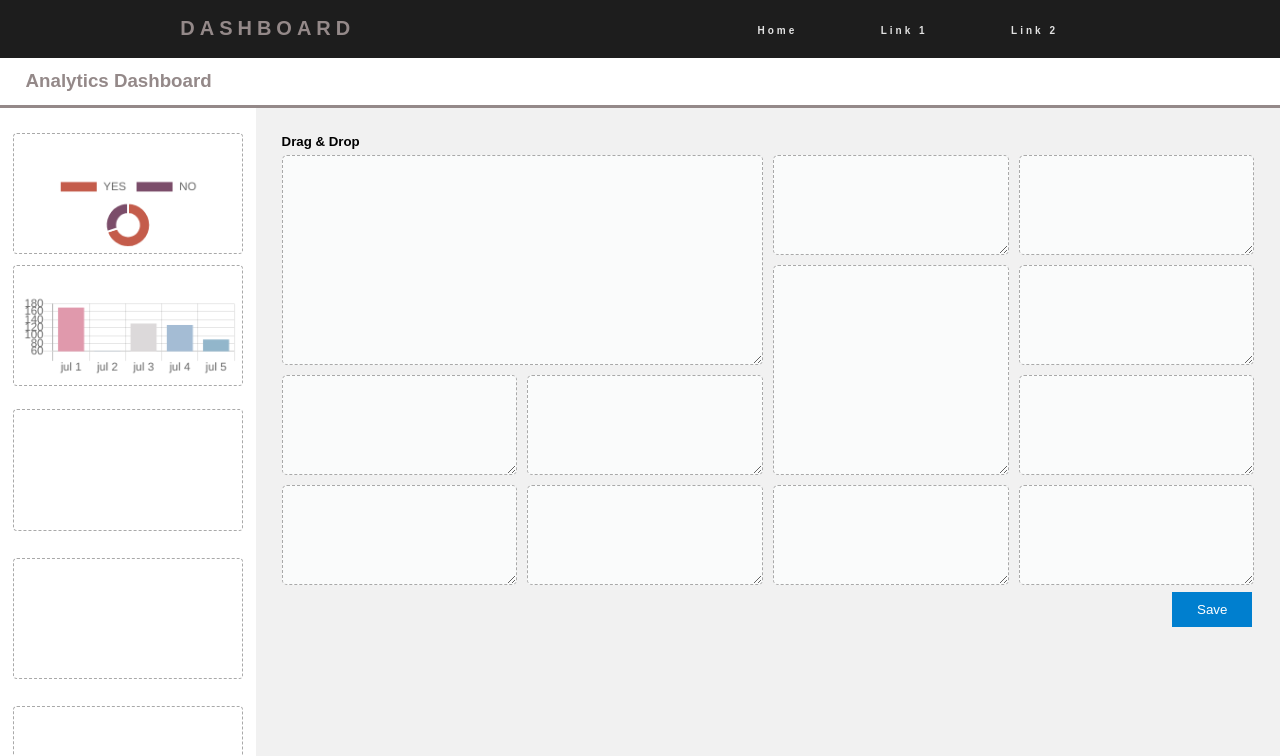
Repository: nourabdelhakam/drag-drop
Page: index.html
These files come from the project's save history. The page is drawn as it stood at one moment and after the next save; the edit follows.
The browser window is 1280 px wide. The pictures show the whole page.
Some web libraries are served in a nearby version.

Above is the page before, as saved 2020-07-05 15:46:23.
Console error: TypeError: Cannot read properties of undefined (reading 'getContext')

### index.html
<!DOCTYPE html>
<html lang="en">
<head>
    <meta charset="UTF-8">
    <meta name="viewport" content="width=device-width, initial-scale=1.0">
    <meta http-equiv="X-UA-Compatible" content="ie=edge">
    <title>Drag & Drop</title>

    <script src="https://cdn.jsdelivr.net/npm/chart.js@2.8.0"></script>

    <link rel="stylesheet" href="nav/nav.css">
    <link rel="stylesheet" href="css/main.css">
</head>
<body>

    <!-- <nav> -->
        <nav>
            <div class="logo">
                <h4>Dashboard</h4>
            </div>
            <ul class="nav-links">
                <li><a href="">Home</a></li>
                <li><a href="">Link 1</a></li>
                <li><a href="">Link 2</a></li>
            </ul>
            <div class="burger">
                <div class="line1"></div>
                <div class="line2"></div>
                <div class="line3"></div>
            </div>
        </nav>
      <!-- </nav> end of nav -->

      <section>
          <h3>Analytics Dashboard</h3>
          <div class="container">
            <div class="left">
                <div class="list">
                    <canvas  draggable="true"  class="list-item myChart" id="myChart"></canvas>
                    <canvas  draggable="true"  class="list-item" id="myChart2"></canvas>
                    <canvas  draggable="true"  class="list-item" id="myChart3" ></canvas>
                    <canvas  draggable="true"  class="list-item" id="myChart4"></canvas>
                    <canvas  draggable="true"  class="list-item" id="myChart5"></canvas>
                </div>
              </div>
              <div class="right">
                  <h5>Drag & Drop</h5>
                  <div class="wrapper" id="wrapper">
                    <div class="list">
                    </div>
                    <div class="list"></div>
                    <div class="list"></div>
                    <div class="list"></div>
                    <div class="list"></div>
                    <div class="list"></div>
                    <div class="list"></div>
                    <div class="list"></div>
                    <div class="list"></div>
                    <div class="list"></div>
                    <div class="list"></div>
                    <div class="list"></div>
                  </div>
                  <button class="btn" id="saveBtn">Save</button>
                  <button class="btn"  id="tempBtn"  style="display: none;">Template</button>
              </div>
              <div id="preview" class="wrapper">

              </div>
          </div>
      </section>

    <script src="main.js" type="text/javascript"></script>
    <script src="chart.js" type="text/javascript"></script>
    <script src="nav/nav.js" type="text/javascript"></script>
</body>
</html>

### nav/nav.css
nav {
    display: flex;
    justify-content: space-around;
    align-items: center;
    min-height: 8vh;
    background-color: #1D1D1D;
    font-family: "Poppins", sans-serif;
}
.logo {
    color: rgb(226, 226, 226);
    text-transform: uppercase;
    letter-spacing: 5px;
    font-size: 20px;
}
.nav-links {
    display: flex;
    justify-content: space-around;
    width: 30%;
}
.nav-links li {
    list-style: none;
}
.nav-links a {
    color: rgb(226, 226, 226);
    text-decoration: none;
    letter-spacing: 3px;
    font-weight: bold;
    font-size: 10px;
}
.burger {
    display: none;
    cursor: pointer;
}
.burger div {
    width: 25px;
    height: 3px;
    background-color: rgb(226, 226, 226);
    margin: 5px;
    transition: all 0.3s ease;
}


@media screen and (max-width:1024px) {
    .nav-links {
        width: 60%;
    }
}

@media screen and (max-width:768px) {

    body {
        overflow-x: hidden;
    }
    .nav-links {
        position: absolute;
        right: 0px;
        height: 92vh;
        top: 8vh;
        background-color: #1D1D1D;
        display: flex;
        flex-direction: column;
        align-items: center;
        width: 50%;
        transform: translatex(100%);
        transition: transform 0.5s ease-in;
    }
    .nav-links li {
        opacity: 0;
    }
    .burger {
        display: block;
    }
}

.nav-active {
    transform: translatex(0%);
}

@keyframes navLinkFade {
    from {
        opacity: 0;
        transform: translatex(50%);
    }
    to {
        opacity: 1;
        transform: translatex(0%);
    }
}

.toggle .line1 {
    transform: rotate(-45deg) translate(-5px, 6px);
}
.toggle .line2 {
    opacity: 0;
}
.toggle .line3 {
    transform: rotate(45deg) translate(-5px, -6px);
}

.landing {
    height: 90vh;
    display: flex;
    justify-content: center;
    align-items: center;
}
.landing h1 {
    margin: 100px;
    font-size: 50px;
    color: #ae5fce;
}

### css/main.css
* {
    margin: 0;
    padding: 0;
    box-sizing: border-box;
}
body {
    font-family: Arial, Helvetica, sans-serif;
}
h3, h4, a {
    color: rgb(148, 137, 137);
}
h3 {
    padding: 1% 2%;
}
h5 {
    margin-bottom: .5em;
}
.container {
    border-top: 3px solid rgb(148, 137, 137);
}
.left {
    width: 20%;
    height: 90vh;
    float: left;
    padding: 1%;
    overflow:hidden;
    overflow-y:scroll;
}
.right {
    width: 80%;
    height: 90vh;
    float: left;
    padding: 2%;
    background-color: #F1F1F1;
}

.list-item {
    /* background-color: #F3F3F3; */
    border-radius: 4px;
    border: 1px dashed darkgrey;
    padding: 5px 5px;
    text-align: center;
    margin: 5% 0;
    /* height: 100%;
    width: 100%; */
    cursor: pointer;
}
canvas {
    height: 100%;
    width: 100%;
}

.wrapper > div {
    border: 1px dashed darkgrey;
    border-radius: 5px;
    background-color: #FAFBFB;
    resize: both;
    overflow: auto;
}
.wrapper {
  display: grid;
  grid-template-columns: repeat(4, 1fr);
  grid-auto-rows: 100px;
  grid-gap: 10px;
}
 .wrapper div:nth-child(2) {
   grid-column: 3;
   grid-row: 2 / 4;
}
 .wrapper div:nth-child(5) {
   grid-column: 1 / 3;
   grid-row: 1 / 3;
}
/* .plus-button {
	border: 2px solid lightgrey;
	background-color: #fff;
	font-size: 16px;
	height: 2.5em;
	width: 2.5em;
	border-radius: 999px;
    position: relative;

}

.plus-button:after,
.plus-button:before {
		content: "";
		display: block;
		background-color: grey;
		position: absolute;
		top: 50%;
		left: 50%;
        transform: translate(-50%, -50%);

	}

	.plus-button:before {
		height: 1em;
		width: 0.2em;
	}

	.plus-button:after {
		height: 0.2em;
		width: 1em;
	}


.plus-button--small {
	font-size: 12px;
} */
.btn {
    background-color: #007FCF;
    border: none;
    color: white;
    padding: 10px 25px;
    text-align: center;
    text-decoration: none;
    display: inline-block;
    margin: 7px 2px;
    cursor: pointer;
    float: right;

}

### main.js
const list_items = document.querySelectorAll(".list-item");
const lists = document.querySelectorAll(".list");

// //localStorage
var wrapper = document.getElementById('wrapper');
const saveBtn = document.getElementById("saveBtn");
const tempPreview = document.getElementById('tempPreview');
const tempBtn =  document.getElementById('tempBtn');
const previewDiv = document.getElementById('preview');
saveBtn.addEventListener("click", function () {
  var template = localStorage.getItem("template");
  console.log(template);

  if (template)
    var c = confirm("There is a saved template, Do you want to overwrite it?");


  if (c == true || !template) {

	let itemsArray = JSON.stringify(document.getElementById('wrapper').innerHTML);
	localStorage.setItem("template", itemsArray);
	tempBtn.style.display = "block"

	// tempPreview.innerHTML = wrapper;
  }
});

(function() {
	var temp = JSON.parse(localStorage.getItem('template'));
	if(temp!= null){
		wrapper.innerHTML = temp
	}

 })();
 tempBtn.addEventListener('click',function(){
	itemsArray = JSON.parse(localStorage.getItem('template'));
	previewDiv.innerHTML = itemsArray;
})

// tempPreview.addEventListener('click',function(){
// 	itemsArray = JSON.parse(localStorage.getItem('template'));
// 	 wrapper.innerHTML = itemsArray ;
// })

// const data = JSON.parse(localStorage.getItem('items'))
// //localStorage

let draggedItem = null;

for (let i = 0; i < list_items.length; i++) {
  const item = list_items[i];
  console.log(item.id);
  item.addEventListener("dragstart", function () {
    draggedItem = item;
    console.log(item.id);

    setTimeout(function () {
      item.style.display = "none";
    }, 0);
  });

  item.addEventListener("dragend", function () {
    setTimeout(function () {
      draggedItem.style.display = "block";
      draggedItem.style.padding = "0";
      draggedItem.style.margin = "0";
      draggedItem.style.height = "100%";
      draggedItem.style.width = "100%";
      draggedItem = null;
    }, 0);
  });

  for (let j = 0; j < lists.length; j++) {
    const list = lists[j];

    list.addEventListener("dragover", function (e) {
      e.preventDefault();
    });

    list.addEventListener("dragenter", function (e) {
      e.preventDefault();
      this.style.backgroundColor = "#FFFFFF";
    });

    list.addEventListener("dragleave", function (e) {
      this.style.backgroundColor = "#F9FDFF";
    });

    list.addEventListener("drop", function (e) {
      console.log("drop");
      console.log(item);

      this.append(draggedItem);
	  this.style.backgroundColor = "#FFFFFF";
    });
  }
}

### chart.js

let data1 = [70, 30];
let colors1 = ['#C45C4B', '#7B4D6A']
let labels1 = ['YES', 'NO'];

let myChart1 = document.getElementsByClassName("myChart")[0].getContext('2d');

let chart1 = new Chart(myChart1, {
    type: 'doughnut',
    data: {
        labels: labels1,
        datasets: [ {
            data: data1,
            backgroundColor: colors1
        }]
    },
    options: {
        title: {
            Text: "Do you like doughnuts?",
            display: true,

        }
    }
});

let labels2 = ['jul 1', 'jul 2', 'jul 3', 'jul 4', 'jul 5'];
let data2 = [170, 60.5, 130, 126.3, 90];
let colors2 = ['#E099AC', '#A4BCD3', '#DCD9DA', '#A4BCD4', '#92B6CB']

let myChart2 = document.getElementById("myChart2").getContext('2d');

let chart2 = new Chart(myChart2, {
    type: 'bar',
    data: {
        labels: labels2,
        datasets: [ {
            data: data2,
            backgroundColor: colors2,

        }]
    },
    options: {
        title: {
            Text: "Do you like doughnuts?",
            display: true
        },
        legend: {
            display: false
        }
    }
});

let labels3 = ['Running', 'Cycling', 'Sleeping', 'Designing', 'Drinking'];

let myChart3 = document.getElementsByClassName("myChart3")[0].getContext('2d');

let chart3 = new Chart(myChart3, {
    type: 'radar',
    data: {
        labels: labels3,
        datasets: [
            {
                label: 'champ 1',
                fill: true,
                backgroundColor: "rgba(179, 181, 198, 0,2)",
                borderColor: "rgba(179, 181, 198, 1)",
                pointBorderColor: "#fff",
                pointBackgroundColor: "rgba(179, 181, 198, 1)",
                data: [50, 12, 55, 7, 29]
            },
            {
                label: 'champ 2',
                fill: true,
                backgroundColor: "rgba(355, 99, 132, 0,2)",
                borderColor: "rgba(355, 99, 132, 1)",
                pointBorderColor: "#fff",
                pointBackgroundColor: "rgba(355, 99, 132, 1)",
                data: [33, 14, 58, 9, 99]
            },
        ]
    },
    options: {
        title: {
            Text: "Skills",
            display: true
        }
    }
});

// let labels4 = ['Germany', 'France', 'UK', 'Italy', 'spain', 'others(23)'];
// let data4 = [50, 20, 30, 83, 77, 88];
// let colors4 = ['#F59F3A', '#E74C9A', '#C22BA7', '#05C4ED', '#7e4a35', '#dbceb0']

// let myChart4 = document.getElementById("myChart4").getContext('2d');

// let chart4 = new Chart(myChart4, {
//     type: 'pie',
//     data: {
//         labels: labels4,
//         datasets: [ {
//             data: data4,
//             backgroundColor: colors4,
//         }]
//     },
//     options: {
//         title: {
//             Text: "Population of the European Union",
//             display: true
//         }
//     }
// });

'#E099AC', '#A4BCD3', '#DCD9DA', '#A4BCD4', '#92B6CB'
let labels4 = ['jan', 'feb', 'mar', 'apr', 'may', 'jun'];

let myChart4 = document.getElementById("myChart4").getContext('2d');
let chart4 = new Chart(myChart4, {
    type: 'line',
    data: {
        labels: labels4,
        datasets: [
            {
                label: "My First dataset",
                fillColor: "rgba(220,220,220,0.2)",
                strokeColor: "#C45C4B",
                pointColor: "#C45C4B",
                pointStrokeColor: "#C45C4B",
                pointHighlightFill: "#C45C4Bss",
                pointHighlightStroke: "rgba(220,220,220,1)",
                data: [65, 59, 80, 81, 16, 55, 40]
            },
            {
                label: "My Second dataset",
                fillColor: "rgba(151,187,205,0.2)",
                strokeColor: "rgba(151,187,205,1)",
                pointColor: "#EA8971",
                pointStrokeColor: "#fff",
                pointHighlightFill: "#fff",
                pointHighlightStroke: "rgba(151,187,205,1)",
                data: [28, 48, 40, 19, 86, 27, 90]
            }
        ]
    },
    options: {
        scales: {
            yAxes: [{
                stacked: true
            }]
        }
    }
});
let myChart5 = document.getElementById("myChart5").getContext('2d');
let chart5 = new Chart(myChart5,
 {
    type: 'bar',
    data: {
        datasets: [{
            label: 'Bar Dataset',
            data: [10, 20, 30, 40],
            // this dataset is drawn below
            order: 1
        }, {
            label: 'Line Dataset',
            data: [10, 10, 10, 10],
            type: 'line',
            // this dataset is drawn on top
            order: 2
        }],
        labels: ['January', 'February', 'March', 'April']
    },

});

### nav/nav.js
const navSlide = () => {
    const burger = document.querySelector('.burger');
    const nav = document.querySelector('.nav-links');
    const navLinks = document.querySelectorAll('.nav-links li');


    burger.addEventListener('click', () => {

        //Toggle Nav
        nav.classList.toggle('nav-active');

        //Animate Links
        navLinks.forEach((link, index) => {

            if (link.style.animation) {
                link.style.animation = '';
            } else {
                link.style.animation = `navLinkFade 0.5s ease forwards ${index / 7 + 0.3}s`;
            }

        });

        //Burger Animation
        burger.classList.toggle('toggle');
    });

}

navSlide();

After the next save:
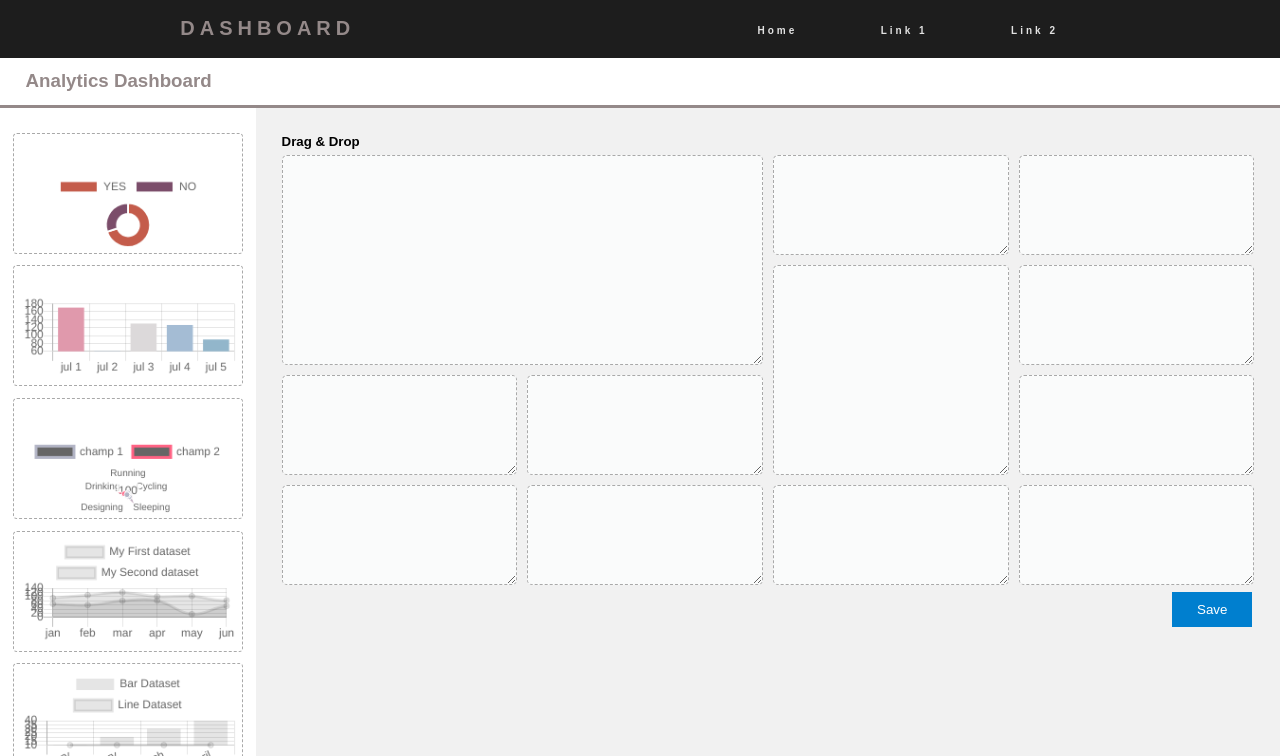
The error is gone.
Saved 40 s later.
--- a/index.html
+++ b/index.html
@@ -38,7 +38,7 @@
                 <div class="list">
                     <canvas  draggable="true"  class="list-item myChart" id="myChart"></canvas>
                     <canvas  draggable="true"  class="list-item" id="myChart2"></canvas>
-                    <canvas  draggable="true"  class="list-item" id="myChart3" ></canvas>
+                    <canvas  draggable="true"  class="list-item myChart3" id="myChart3" ></canvas>
                     <canvas  draggable="true"  class="list-item" id="myChart4"></canvas>
                     <canvas  draggable="true"  class="list-item" id="myChart5"></canvas>
                 </div>
